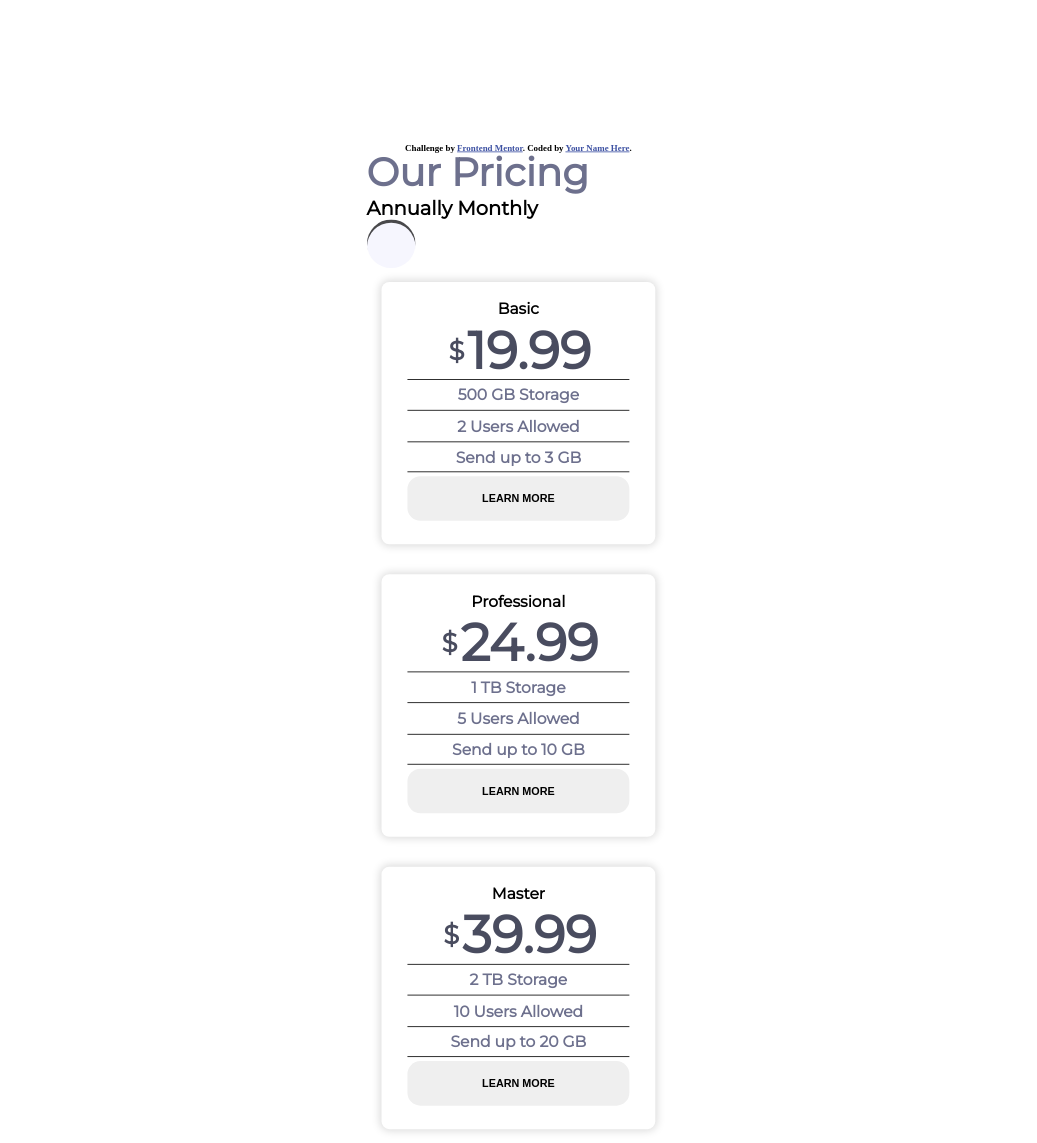
Repository: JuzzJoel/pricing-component-with-toggle-master
Page: index.html
The author's editor kept a copy of each file at every save. The page is drawn from the files as they stood at one save, then again after the next save.
The browser window is 1280 px wide. The pictures show the whole page, at 81% of full size.

Above is the page before, as saved 2025-05-24 11:23:26.

After the next save:
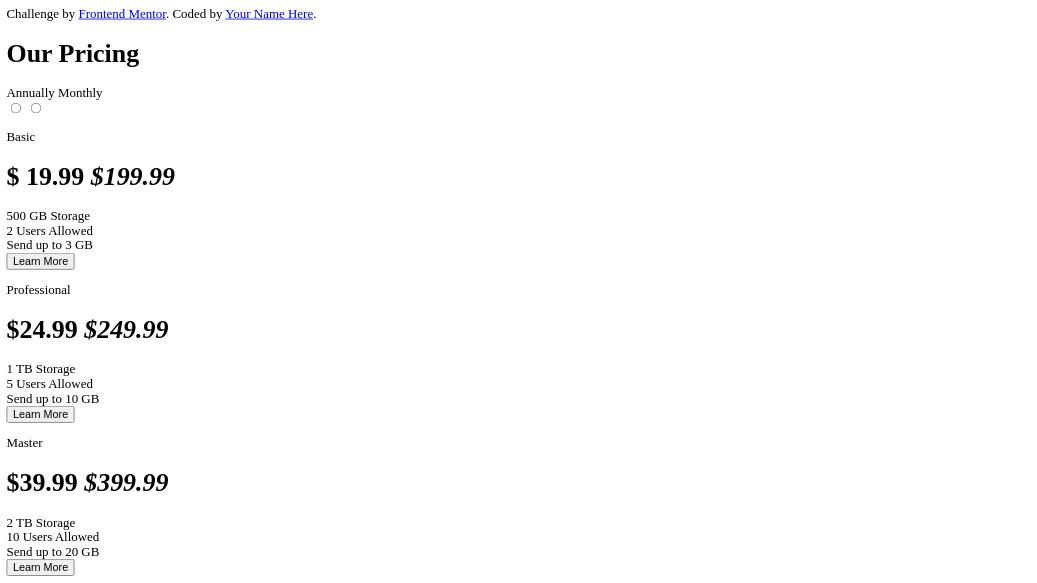
Saved 89 s later.
--- a/index.html
+++ b/index.html
@@ -14,7 +14,7 @@
   <style>
     :root{
 
---linear-gradient: hsl(236, 72%, 79%) to hsl(237, 63%, 64%);
+--linear-gradient: (hsl(236, 72%, 79%) to hsl(237, 63%, 64%);
 
 --clr-pri: hsl(240, 78%, 98%);
 --clr-pri-acc: hsl(234, 14%, 74%);

After the save that followed:
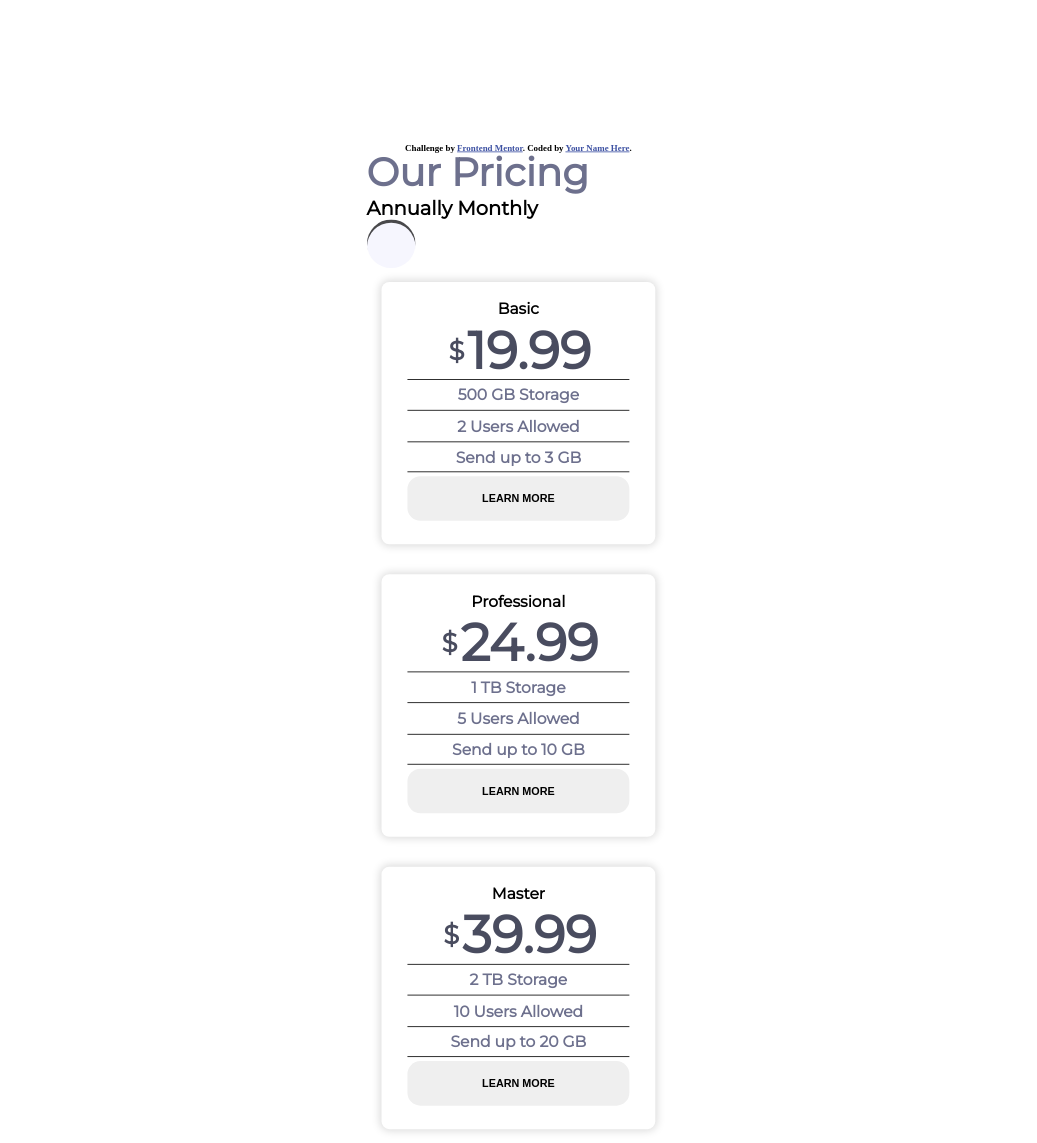
Saved 5 s later.
--- a/index.html
+++ b/index.html
@@ -14,7 +14,7 @@
   <style>
     :root{
 
---linear-gradient: (hsl(236, 72%, 79%) to hsl(237, 63%, 64%);
+--linear-gradient: (hsl(236, 72%, 79%) to hsl(237, 63%, 64%));
 
 --clr-pri: hsl(240, 78%, 98%);
 --clr-pri-acc: hsl(234, 14%, 74%);
